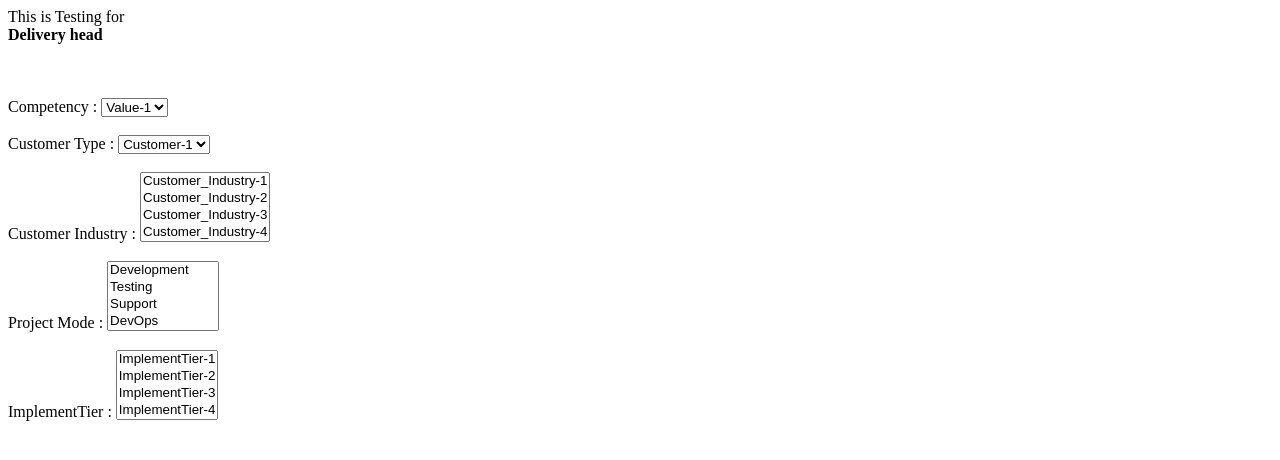
Repository: Perwaiz21/STS
Page: http://localhost/AWS_Web/
The author's editor kept a copy of each file at every save. The page is drawn from the files as they stood at one save, then again after the next save.
The browser window is 1280 px wide. The pictures show the whole page.
The page is served by Tomcat 9.

Above is the page before, as saved 2021-02-18 08:55:34.

After the next save:
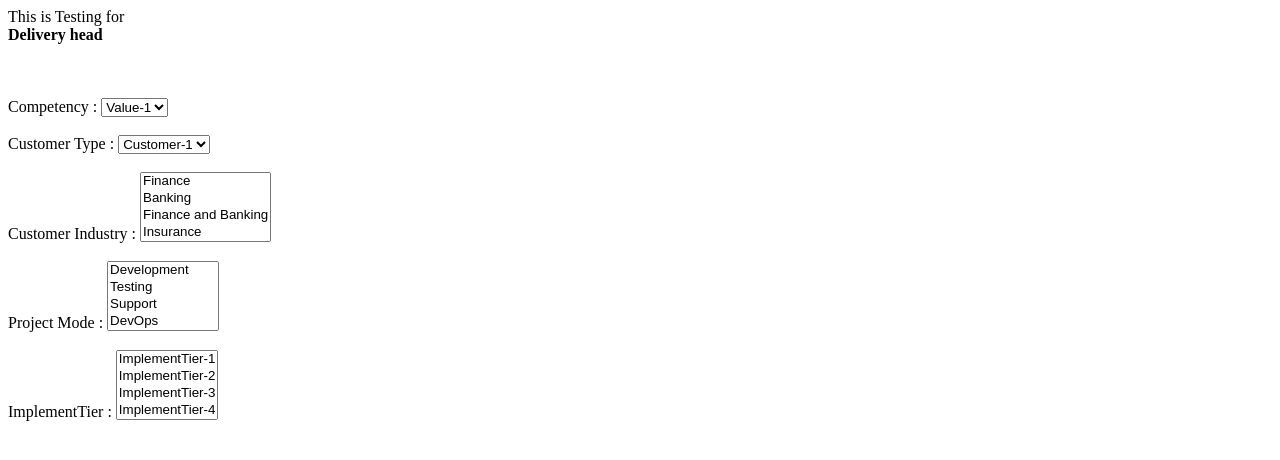
Saved 3 min 29 s later.
--- a/AWS_Web/WebContent/index.jsp
+++ b/AWS_Web/WebContent/index.jsp
@@ -37,11 +37,21 @@
 	<br>
 	<label for="Customer Industry">Customer Industry :</label>
 	<select name="Customer_Industry" id="Customer_Industry" multiple>
-		<option value="Customer_Industry-1">Customer_Industry-1</option>
-		<option value="Customer_Industry-2">Customer_Industry-2</option>
-		<option value="Customer_Industry-3">Customer_Industry-3</option>
-		<option value="Customer_Industry-4">Customer_Industry-4</option>
+		<option value="Finance">Finance</option>
+		<option value="Banking">Banking</option>
+		<option value="Finance and Banking">Finance and Banking</option>
+		<option value="Insurance">Insurance</option>
+		<option value="Oil and Gas">Oil and Gas</option>
+		<option value="Pharma">Pharma</option>
+		<option value="Health Care">Health Care</option>
+		<option value="Telecom">Telecom</option>
+		<option value="Mortgage">Mortgage</option>
+		<option value="Supply Chain">Supply Chain</option>
+		<option value="Lease Management">Lease Management</option>
+		<option value="Advisory">Advisory</option>
+		<option value="Audit">Audit</option>
 	</select>
+
 
 	<br>
 	<br>
